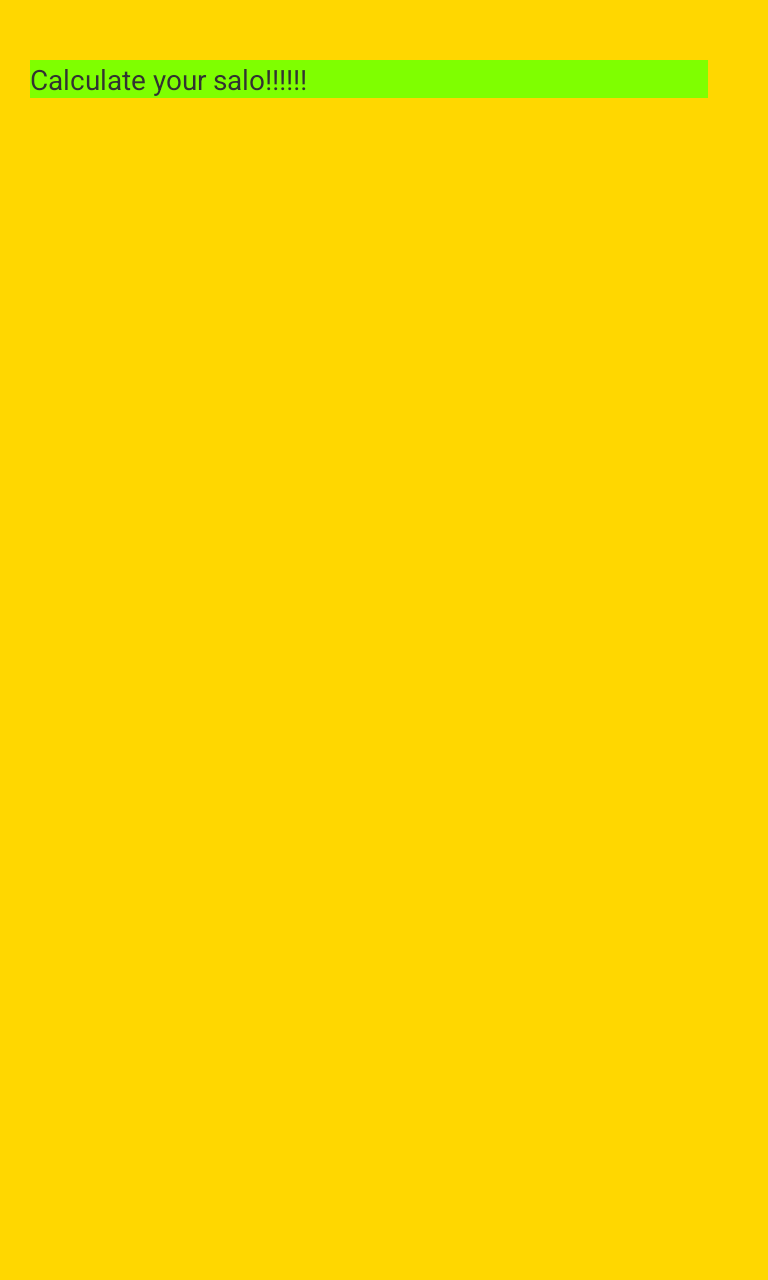
Repository: njiiriJohnii/Android-projects
Layout: salo/res/layout/activity_main.xml
An editor plug-in stored every save of this project. The layout is shown before and after the next save, followed by the edit.
It is drawn on a 768 x 1280 px phone screen (xhdpi) without system bars, with theme AppTheme; the app's code is not run.

Above is the layout before, as saved 2014-05-29 15:40:15.

### salo/res/layout/activity_main.xml
<LinearLayout xmlns:android="http://schemas.android.com/apk/res/android"
    android:layout_width="fill_parent"
    android:layout_height="fill_parent"
    android:orientation="vertical"
    android:background="#FFD700">
    <TextView
        android:id="@+id/sal"
        android:layout_width="fill_parent"
        android:layout_height="wrap_content"
        android:text="Calculate your salo!!!!!!"
        android:fontFamily="verdana"
       android:background="#7FFF00"
        android:layout_marginTop="30dp"
        android:layout_marginLeft="15dp"
        android:layout_marginRight="30dp"
        />




</LinearLayout>

Loaded but not shown: salo/res/values/styles.xml (common file); salo/res/values-v11/styles.xml (common file); salo/res/values-v14/styles.xml (common file)

After the next save:
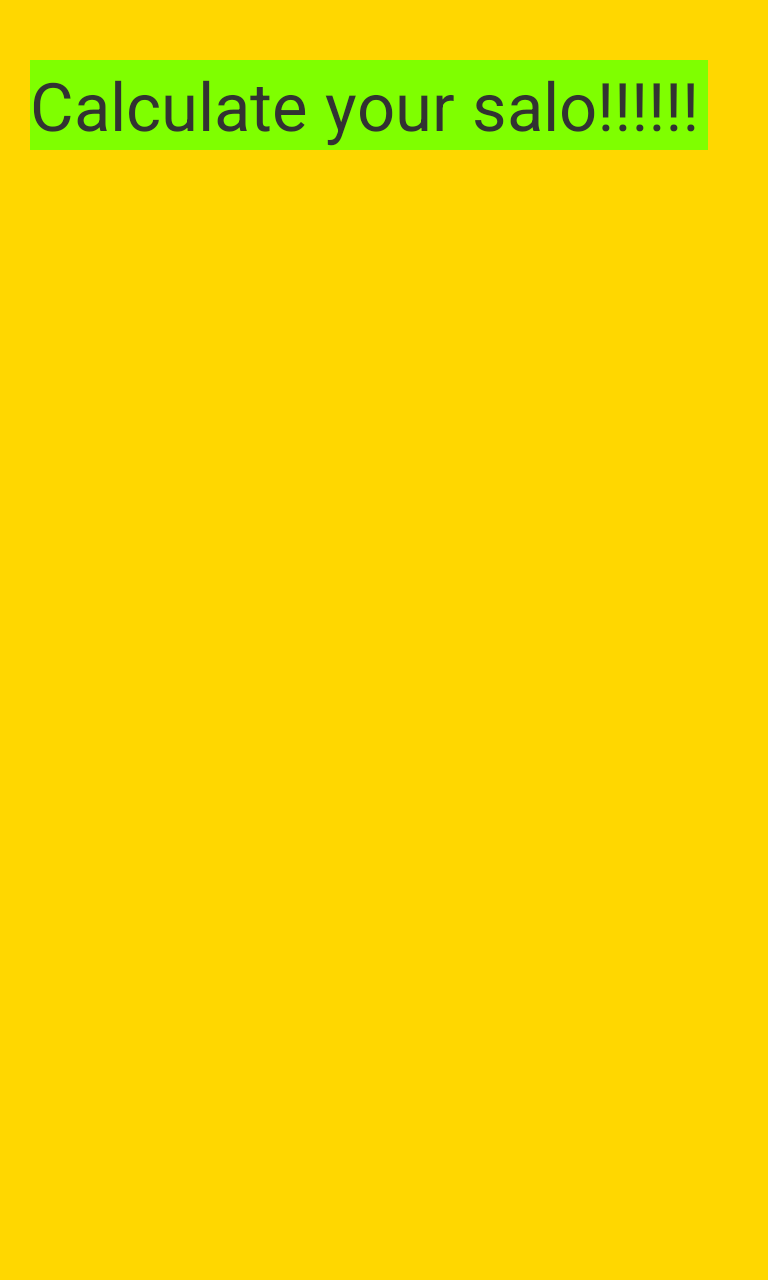
Saved 88 s later.
--- a/salo/res/layout/activity_main.xml
+++ b/salo/res/layout/activity_main.xml
@@ -9,10 +9,13 @@
         android:layout_height="wrap_content"
         android:text="Calculate your salo!!!!!!"
         android:fontFamily="verdana"
-       android:background="#7FFF00"
+        android:background="#7FFF00"
         android:layout_marginTop="30dp"
         android:layout_marginLeft="15dp"
         android:layout_marginRight="30dp"
+        android:textSize="15pt"
+
+
         />
 
 
